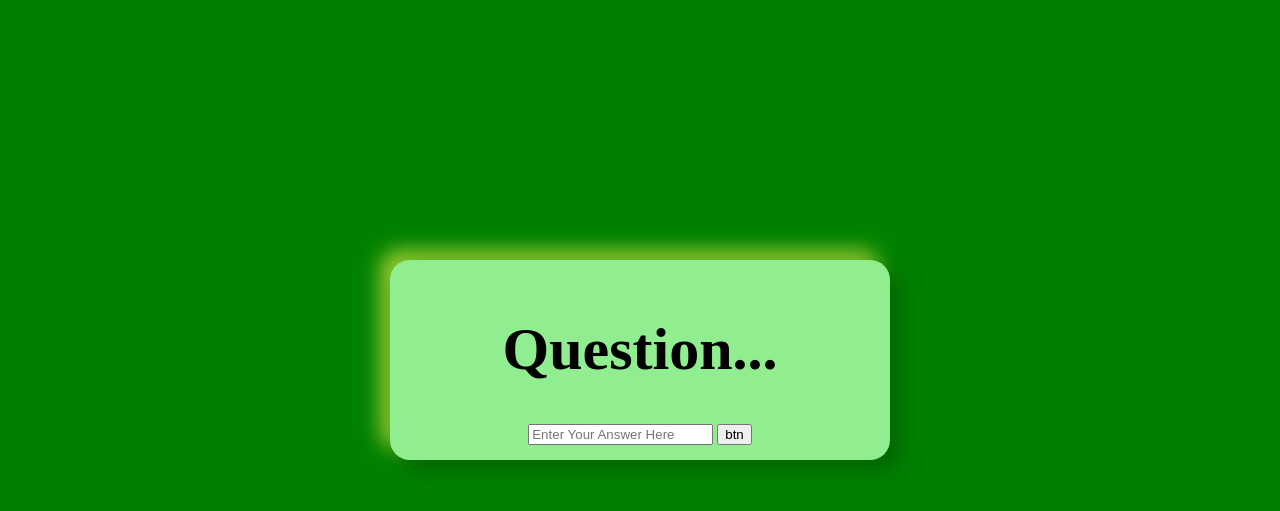
Repository: Joseph061200/Dynamic_Lab2
Page: joseph.html
An editor plug-in stored every save of this project. The page is shown before and after the next save, followed by the edit.
The browser window is 1280 px wide. The pictures show the whole page.

Above is the page before, as saved 2020-02-20 14:19:04.

After the next save:
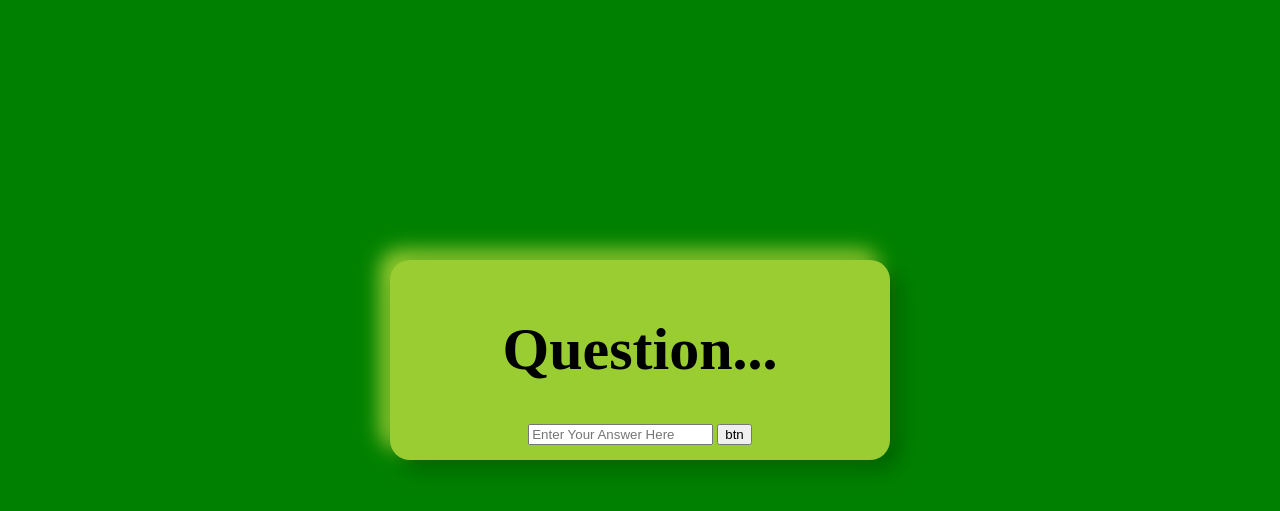
Saved 9 s later.
--- a/joseph.css
+++ b/joseph.css
@@ -16,7 +16,7 @@ body,html {
     flex-direction: column;
     justify-content: center;
     align-items: center;
-    background-color: lightgreen;
+    background-color: yellowgreen;
     border-radius: 20px;
     box-shadow: 10px 10px 20px darkgreen,-10px -10px 20px yellowgreen;
 
